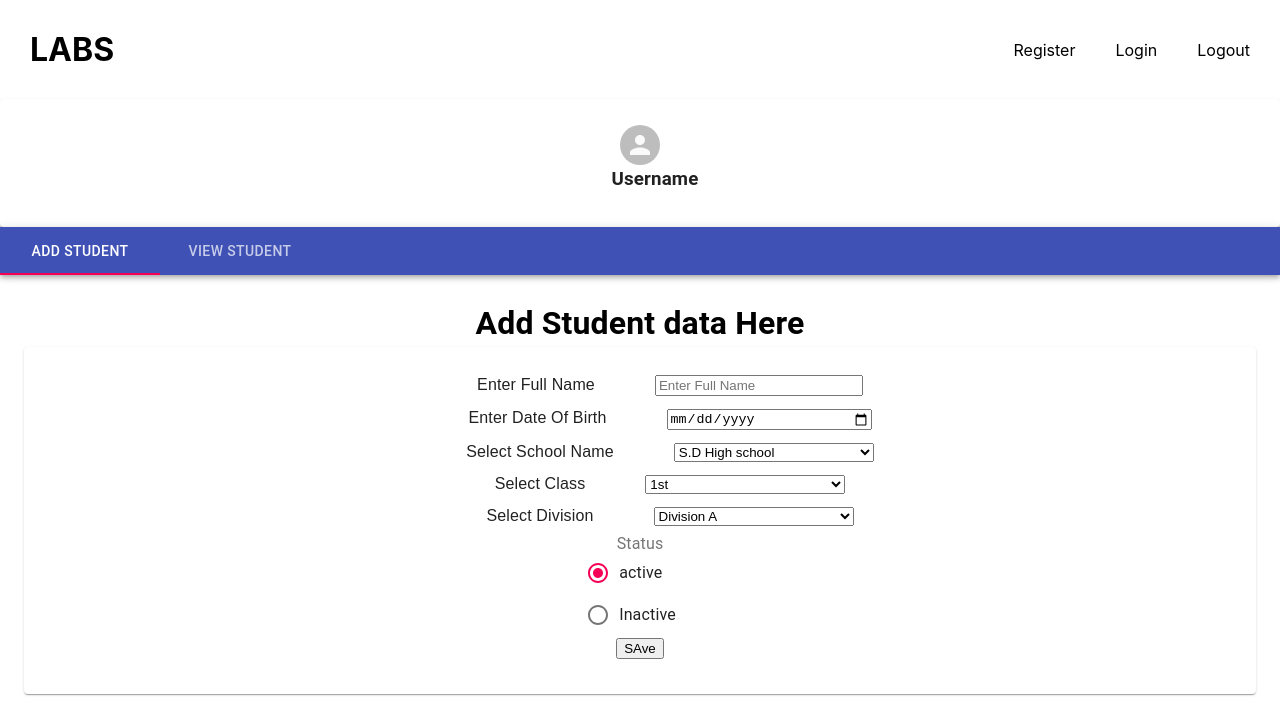
Repository: Prafullkuma/labsdata
Page: /admin
An editor plug-in stored every save of this project. The page is shown before and after the next save, followed by the edit.
The browser window is 1280 px wide. The pictures show the whole page.
The project was rebuilt for these pictures with package versions that can differ from the ones it lists, and the page was loaded fresh each time. Also part of the build but not shown: src/Component/Student/ViewStudent.js, src/Component/Main.js, src/Auth/Login.js, src/Auth/Signup.js, src/Auth/Logout.js.

Above is the page before, as saved 2020-08-25 19:22:14.

After the next save:
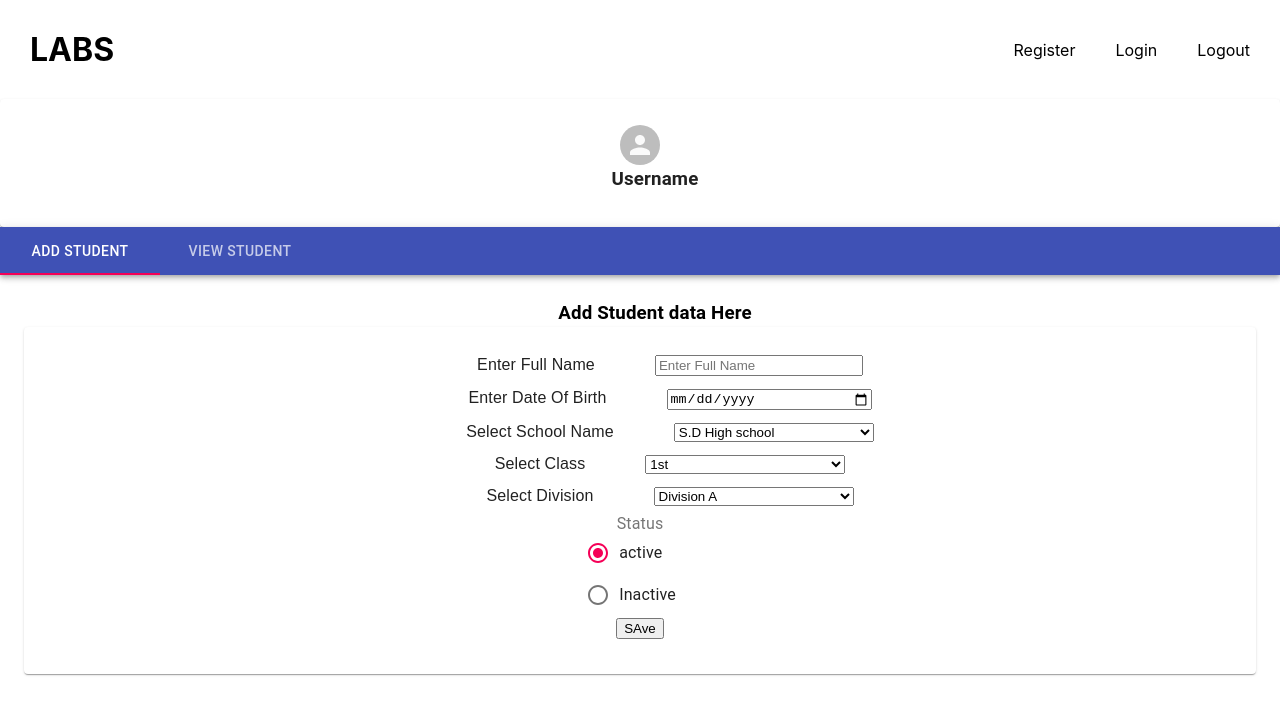
Saved 53 s later.
--- a/src/Component/Details/Details.js
+++ b/src/Component/Details/Details.js
@@ -62,11 +62,11 @@ function Details() {
                 </AppBar>
             </div>
             <TabPanel value={value} index={0}>
-                <h1>  Add Student data Here</h1>
+                <h3> Add Student data Here</h3>
                 <Addstudent />
             </TabPanel>
             <TabPanel value={value} index={1}>
-                <h1>  View Student Data</h1>
+                <h3>  View Student Data</h3>
                 <ViewStudent />
             </TabPanel>
         </div>
